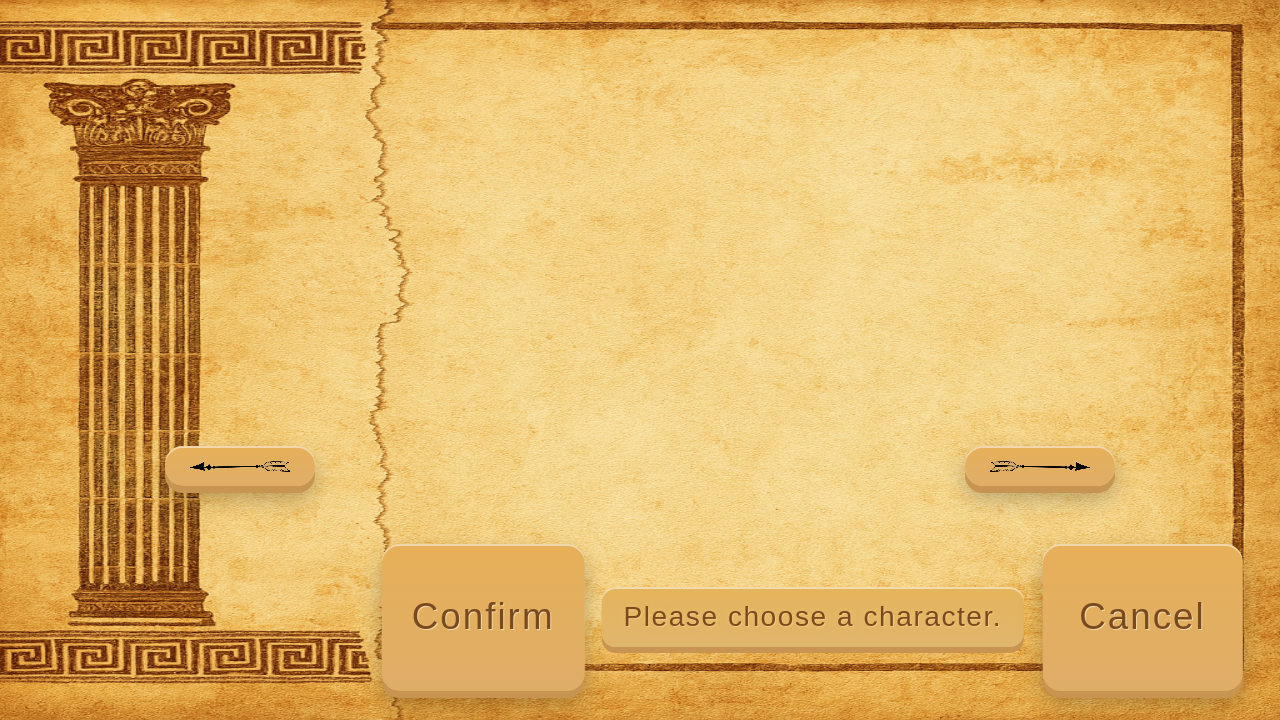
Repository: brianabariteau/Web-1-Final-Project-2025
Page: features/character-selection/character-selection.html
The author's editor kept a copy of each file at every save. The page is drawn from the files as they stood at one save, then again after the next save.
The browser window is 1280 px wide. The pictures show the whole page.
The page's requests for data from a server got no answer. Some web fonts or font styles are not loaded; a fallback is used.

Above is the page before, as saved 2025-12-21 23:58:24.

### features/character-selection/character-selection.html
<!DOCTYPE html>
<html lang="en">
  <head>
    <meta charset="UTF-8" />
    <meta name="viewport" content="width=device-width, initial-scale=1.0" />
    <title>Player Selection</title>
    <link
      rel="icon"
      type="image/x-icon"
      href="../../assets/characters/zeus.png"
    />
    <link rel="stylesheet" href="./character-selection.css" />
    <script type="module" src="./character-selection.js" defer></script>
    <script
      src="https://code.jquery.com/jquery-3.7.1.min.js"
      integrity="sha256-/JqT3SQfawRcv/BIHPThkBvs0OEvtFFmqPF/lYI/Cxo="
      crossorigin="anonymous"
    ></script>
    <link
      href="https://fonts.googleapis.com/css2?family=Jersey+25&display=swap"
      rel="stylesheet"
    />
  </head>
  <body></body>
</html>

### features/character-selection/character-selection.css
/* -- General Page Layout -- */

body {
  margin: 0;
  padding: 0;
  width: 100vw;
  height: 100vh;
  overflow: hidden;

  display: flex;
  justify-content: center;
  align-items: center;

  position: relative;
  font-family: "Press Start 2P", monospace;
}

/* Full-screen background */
.background {
  position: absolute;
  inset: 0;
  width: 100%;
  height: 100%;
  z-index: -1;
}

/* -- Character Selector Grid [avatar1/2/3] -- */

.character-row {
  /*display: flex;
  justify-content: center;
  align-items: center;
  gap: 1rem;

  position: absolute;
  top: 10%;
  width: 100%;*/
  display: flex;
  justify-content: center;
  align-items: center;
  gap: 1rem;
  width: 100%;
  position: relative; /* not absolute */
}

/* All avatar boxes */
.avatar1,
.avatar2,
.avatar3 {
  /*width: 340px;
  height: 450px;*/
  width: min(28vw, 370px); /* 28% of viewport width, max 340px */
  height: min(28vw, 440px);

  background: transparent;
  border: none;
  padding: 0;

  position: relative;
  cursor: pointer;
  transition: transform 120ms ease;
}

.avatar1:hover,
.avatar2:hover,
.avatar3:hover {
  transform: scale(1.05);
}

/* The decorative box asset */
.background-boxes {
  position: absolute;
  inset: 0;
  width: 100%;
  height: 100%;
  object-fit: fill;
  z-index: 0;
  pointer-events: none;
}

/* If later you put the character image inside an avatar */
.player-avatar {
  position: relative;
  z-index: 1;
  width: 140px;
  height: auto;
  image-rendering: pixelated;
}

/* Info inside the avatar (optional) */
.player-info {
  position: relative;
  z-index: 2;
  color: brown;
  text-shadow: 2px 2px #000;
  font-size: 14px;
  text-align: left;
  margin-left: 10px;
}

/* ───────────── SCROLL ARROWS ABOVE TEXT BOX ───────────── */

.scroll-arrows {
  width: min(200vw, 950px); /* narrower than full screen */
  margin: 0 auto;
  display: flex;
  justify-content: space-between; /* left arrow on left, right arrow on right */
  align-items: center;

  padding: 0 5vw; /* adjusts how far arrows sit from edges */
  position: relative;
  z-index: 15;
  gap: 8rem;
}

/* =========================
   ARROW BUTTON BASE
========================= */
.left-arrow,
.right-arrow {
  width: 150px;
  height: 40px;

  background: linear-gradient(to bottom, #e7b058, #dead68);
  border-radius: 18px;
  border: none;

  display: flex;
  align-items: center;
  justify-content: center;

  cursor: pointer;

  box-shadow: inset 0 2px 0 rgba(255, 255, 255, 0.5), 0 7px 0 #c89451,
    0 12px 22px rgba(0, 0, 0, 0.25);

  transition: transform 0.15s ease, box-shadow 0.15s ease, filter 0.15s ease;
}

.left-arrow:hover,
.right-arrow:hover {
  filter: brightness(1.05);

  box-shadow: inset 0 2px 0 rgba(255, 255, 255, 0.6), 0 7px 0 #c89451,
    0 0 18px rgba(255, 210, 130, 0.7), 0 0 36px rgba(255, 200, 100, 0.4);
}

.left-arrow:active,
.right-arrow:active {
  transform: translateY(5px);

  box-shadow: inset 0 2px 0 rgba(255, 255, 255, 0.4), 0 3px 0 #c89451;
}

.arrowImg {
  width: 100px;
  height: auto;
  image-rendering: pixelated;
  pointer-events: none;
}

.switch-characters {
  display: flex;
  flex-direction: column;
  align-items: center;
  gap: 1rem; /* space between avatars and arrows */

  width: min(90vw, 1200px);
  position: absolute;
  top: 10%;
  width: 100%;
}

/* Every stat becomes a tooltip target */
.stat {
  position: relative;
  cursor: help;
}

/* Tooltip bubble */
.stat:hover::after {
  content: attr(data-info);
  position: absolute;
  left: 50%;
  bottom: 120%;
  transform: translateX(-50%);

  width: max-content;
  max-width: 220px;

  background: rgba(0, 0, 0, 0.9);
  color: white;
  padding: 8px 10px;
  border-radius: 6px;
  font-size: 10px;
  line-height: 1.2;
  text-shadow: none;

  pointer-events: none;
  z-index: 999;
}

/* Tooltip arrow */
.stat:hover::before {
  content: "";
  position: absolute;
  left: 50%;
  bottom: 110%;
  transform: translateX(-50%);

  border-width: 6px;
  border-style: solid;
  border-color: rgba(0, 0, 0, 0.9) transparent transparent transparent;

  z-index: 998;
}

/* ───────────── TEXT BOX (your .box image) ───────────── */

.bottom-panel {
  position: absolute;
  /*bottom: -3%;  how far from bottom of screen */
  bottom: 4%;
  left: 60%;
  /*transform: translateX(-30%);  center horizontally */
  transform: translateX(-45%);

  width: min(70vw, 900px);
  /*width: 40%;  adjust width as needed */
  /*max-width: 900px; */

  display: grid;
  grid-template-columns: 1fr auto 1fr; /* left | center | right */
  align-items: center;
  justify-items: center;
  margin: 0;

  z-index: 10;
}

.box {
  font-size: clamp(1.4rem, 2.2vw, 2rem);
  color: #7a4a1f;
  letter-spacing: 1.5px;

  text-shadow: 1px 1px 0 #f4c87d, 0 0 8px rgba(255, 210, 130, 0.35);

  background: linear-gradient(to bottom, #e5b55b, #e0b56d);
  padding: 14px 22px;
  border-radius: 14px;

  box-shadow: inset 0 2px 0 rgba(255, 255, 255, 0.5), 0 6px 0 #c89451;

  pointer-events: none;
}

/* ───────────── CONFIRM + CANCEL BUTTONS ───────────── */

.button-left,
.button-right {
  display: flex;
  justify-content: center;
  align-items: center;
}

.buttons {
  display: flex;
  gap: 0rem; /* spacing between confirm/cancel */
  position: relative; /* NOT absolute */
  z-index: 10;
}

.confirm,
.cancel {
  min-width: 200px;
  padding: 16px 30px;

  background: linear-gradient(to bottom, #e7b058, #dead68);
  border: none;
  border-radius: 18px;

  cursor: pointer;

  box-shadow: inset 0 2px 0 rgba(255, 255, 255, 0.5), 0 7px 0 #c89451,
    0 12px 22px rgba(0, 0, 0, 0.25);

  transition: transform 0.15s ease, box-shadow 0.15s ease, filter 0.15s ease;
}

.confirm p,
.cancel p {
  font-size: 2.3rem;
  letter-spacing: 2px;
  color: #7a4a1f;

  text-shadow: 1px 1px 0 #f3d8a8;
}

.confirm:hover,
.cancel:hover {
  filter: brightness(1.05);

  box-shadow: inset 0 2px 0 rgba(255, 255, 255, 0.6), 0 7px 0 #c89451,
    0 0 18px rgba(255, 210, 130, 0.7), 0 0 36px rgba(255, 200, 100, 0.4);
}

.confirm:active,
.cancel:active {
  transform: translateY(5px);

  box-shadow: inset 0 2px 0 rgba(255, 255, 255, 0.4), 0 3px 0 #c89451;
}

/* Position them near bottom-right like your drawing */
.cancel {
  right: 10%;
}

/* ───────────── CHARACTERS ───────────── */
.character {
  position: relative;
  z-index: 10; /* ensures text appears above the background box */
  color: rgb(133, 74, 18);
  justify-items: center;
  text-align: center;
  display: flex;
  object-fit: contain;
  /*padding: 12px 20px;*/
  padding-top: 50px;
  width: 100%;
  height: 100%;
  font-family: "Press Start 2P", monospace; /* matches your game font */
  text-shadow: 2px 2px 0px #ffffff; /* retro look */
}

.inner-character {
  width: 100%; /* smaller than full box so borders show */
  height: 70%; /* keep some space top/bottom */
  padding: 0.4rem; /* small internal padding */
  box-sizing: border-box;

  display: flex;
  flex-direction: column;
  align-items: center;
  justify-content: flex-start;
  gap: 0.1rem; /* tiny gaps between lines */

  overflow-y: auto; /* <-- important: scroll if too tall */
  scrollbar-width: none;
  -ms-overflow-style: none;
}
.character-inner::-webkit-scrollbar {
  display: none;
}

.character-inner h3 {
  margin: 0 0 4px 0;
  font-size: clamp(12px, 1.3vw, 16px);
}

.character-inner p {
  margin: 1px 0;
  font-size: clamp(10px, 1.1vw, 13px);
  line-height: 1.1;
}

/* Smaller sprite so it doesn't eat all vertical space */
.character-inner .character-img {
  width: 90px;
  height: auto;
  margin-bottom: 6px;
}

.character h3 {
  margin: 0 0 10px 0;
  /*font-size: 18px;*/
  font-size: clamp(14px, 1.6vw, 18px);
  letter-spacing: 1px;
}

.character p,
.powers-list {
  font-size: clamp(12px, 1.3vw, 14px);
}

.character p {
  margin: 3px 0;
  /*font-size: 14px;*/
  line-height: 1.2;
}

.powers-list {
  margin: 4px 0 0 16px;
  padding: 0;
  list-style-type: none;
  /*font-size: 14px;*/
}

.character-img {
  display: block;
  margin: 0 auto 10px auto; /* center horizontally + space underneath */
  width: 120px; /* adjust size */
  height: auto;
  image-rendering: pixelated;
  z-index: 5;
  pointer-events: none;
  background: transparent;
}

@media (max-width: 900px) {
  .character-row {
    flex-direction: column;
    top: 4%;
    gap: 0.5rem;
  }

  .avatar1,
  .avatar2,
  .avatar3 {
    width: 80vw;
  }
}

@media (max-width: 900px) {
  .bottom-panel {
    bottom: 2%;
    width: 90vw;
    grid-template-columns: auto;
    row-gap: 0.5rem;
  }

  .buttonImg {
    width: 120px;
  }
}

@media (max-width: 600px) {
  .arrowImg {
    width: 80px;
  }

  .scroll-arrows {
    gap: 1.5rem;
    bottom: 30%;
  }
}

@media (max-width: 600px) {
  .confirm,
  .cancel {
    min-width: 160px;
    padding: 14px 22px;
  }

  .confirm p,
  .cancel p {
    font-size: 1.4rem;
  }

  .box {
    font-size: 1.3rem;
  }
}

@media (max-width: 600px) {
  .left-arrow,
  .right-arrow {
    width: 70px;
    height: 70px;
  }

  .arrowImg {
    width: 32px;
  }
}

/* UI elements use same font as Start / Mode pages */
.confirm,
.cancel,
.box {
  font-family: "Jersey 25", sans-serif;
}

### features/character-selection/character-selection.js
"use strict";

import { fetchCharacters } from "../../services/character-api.js";
import { sortCharacters } from "../../utils/character-sorters.js";
let singlePlayer = localStorage.getItem("single player");
let multiPlayer = localStorage.getItem("multiplayer");

let characters = [];
let currentIndex = 0;

// * Player selection stuff
let selectedPlayer = null;

// * The Background Image
const background = $("<img>")
  .addClass("background")
  .attr("src", "./assets/parchment-background.png")
  .attr("alt", "Background");

// * Characters
function renderCharacters(character) {
  let powersList = "";

  if (Array.isArray(character.powers) && character.powers.length > 0) {
    for (const power of character.powers) {
      powersList += `<li>${power}</li>`;
    }
  } else {
    powersList = `<li>No Powers</li>`;
  }

  return `
    <div class="character">
      <div class="inner-character">
        <img class="character-img" src="${character.imgSrc}" alt="${character.name}"/>
        <h3 class="stat" data-info="${character.tier} - ${character.tierName}">${character.name}</h3>
        <p>HP: ${character.stats.hp}</p>
        <p>Attack: ${character.stats.attack}</p>
        <p>Defense: ${character.stats.defense}</p>
        <p>Speed: ${character.stats.speed}</p>
        <p>Power: ${character.stats.power}</p>
        <p>Resilience: ${character.stats.resilience}</p>
        <p>Stamina: ${character.stats.stamina}</p>
        <p class="stat" data-info="${character.stats.masteryDesc}">Domain Mastery: ${character.stats.domainMastery}</p>
        <p class="stat" data-info="${character.stats.traitDesc}">Special Trait: ${character.stats.specialTrait}</p>
      </div>
    </div>
  `;
}

// * All Characters
const characterRow = $("<div>").addClass("character-row");

// * Arrows + Avatars Div
const switchCharacters = $("<div>").addClass("switch-characters");

// * Avatar 1
const avatar1 = $("<button>").addClass("avatar1");
const avatar1BackgroundBox = $("<img>")
  .addClass("background-boxes")
  .attr("src", "./assets/parchment-box.png")
  .attr("alt", "Background Boxes");

$(avatar1).on("click", () => {
  const first = characters[currentIndex];
  selectCharacter(avatar1, first);
});

// * Avatar 2
const avatar2 = $("<button>").addClass("avatar2");
const avatar2BackgroundBox = $("<img>")
  .addClass("background-boxes")
  .attr("src", "./assets/parchment-box.png")
  .attr("alt", "Background Boxes");

$(avatar2).on("click", () => {
  const second = characters[(currentIndex + 1) % characters.length];
  selectCharacter(avatar2, second);
});

// * Avatar 3
const avatar3 = $("<button>").addClass("avatar3");
const avatar3BackgroundBox = $("<img>")
  .addClass("background-boxes")
  .attr("src", "./assets/parchment-box.png")
  .attr("alt", "Background Boxes");

$(avatar3).on("click", () => {
  const third = characters[(currentIndex + 2) % characters.length];
  selectCharacter(avatar3, third);
});

$(characterRow).append(avatar1, avatar2, avatar3);

function updateAvatarsDisplay() {
  if (!Array.isArray(characters) || characters.length === 0) return;

  const second = characters[(currentIndex + 1) % characters.length];
  const first = characters[currentIndex];
  const third = characters[(currentIndex + 2) % characters.length];

  $(avatar1).html(renderCharacters(first));
  $(avatar2).html(renderCharacters(second));
  $(avatar3).html(renderCharacters(third));

  $(avatar1).append(avatar1BackgroundBox.clone());
  $(avatar2).append(avatar2BackgroundBox.clone());
  $(avatar3).append(avatar3BackgroundBox.clone());
}

async function loadCharacters() {
  characters = await fetchCharacters();
  characters = sortCharacters(characters);
  currentIndex = 0;
  updateAvatarsDisplay();
}

function selectCharacter(avatarElement, character) {
  $(".avatar1, .avatar2, .avatar3").removeClass("selected");
  $(avatarElement).addClass("selected");
  selectedPlayer = character;
}

// * Text Box + Buttons
const bottomPanel = $("<div>").addClass("bottom-panel");

/*
// * Text Box Image
const textBox = $("<img>")
  .addClass("box")
  .attr("src", "./assets/choose-character-text.png")
  .attr("alt", "Text Box"); */
const textBox = $("<p>").addClass("box").text("Please choose a character.");

// * Buttons
const leftButton = $("<div>").addClass("left-button");
const rightButton = $("<div>").addClass("right-button");

// * Confirm Button
const confirmButton = $("<button>").addClass("confirm");
const confirmText = $("<p>").text("Confirm");
/*const confirmImg = $("<img>")
  .addClass("buttonImg")
  .attr("src", "./assets/parchment-confirm-button.png")
  .attr("alt", "Confirm Button Image");  */

$(confirmButton).append(confirmText);
$(confirmButton).on("click", () => {
  if (!selectedPlayer) {
    alert("Please select a character first!");
    return;
  }

  localStorage.setItem("selectedCharacter", JSON.stringify(selectedPlayer));

  window.location.href = "../main-menu/main-menu.html";
});

// * Cancel Button
const cancelButton = $("<button>").addClass("cancel");
const cancelText = $("<p>").text("Cancel");
/*const cancelImg = $("<img>")
  .addClass("buttonImg")
  .attr("src", "./assets/parchment-cancel-button.png")
  .attr("alt", "Cancel Button Image"); */

$(cancelButton).append(cancelText);
$(cancelButton).on("click", () => {
  if (selectedPlayer === null) {
    window.location.href = "../main-menu/index.html";
  }

  selectedPlayer = null;
  $(avatar1).css("box-shadow", "none");
  $(avatar2).css("box-shadow", "none");
  $(avatar3).css("box-shadow", "none");
});

leftButton.append(confirmButton);
$(rightButton).append(cancelButton);
$(bottomPanel).append(confirmButton, textBox, cancelButton);

// * Scroll Arrows
const scrollArrows = $("<div>").addClass("scroll-arrows");

// * Left Arrow
const leftArrow = $("<button>").addClass("left-arrow");
const leftArrowImg = $("<img>")
  .addClass("arrowImg")
  .attr("src", "./assets/left-arrow.png")
  .attr("alt", "Left Arrow");

$(leftArrow).on("click", () => {
  currentIndex = (currentIndex - 1 + characters.length) % characters.length;
  selectedPlayer = null;
  $(avatar1).css("box-shadow", "none");
  $(avatar2).css("box-shadow", "none");
  $(avatar3).css("box-shadow", "none");
  updateAvatarsDisplay();
});
$(leftArrow).append(leftArrowImg);

// * Right Arrow
const rightArrow = $("<button>").addClass("right-arrow");
const rightArrowImg = $("<img>")
  .addClass("arrowImg")
  .attr("src", "./assets/right-arrow.png")
  .attr("alt", "Right Arrow");

$(rightArrow).on("click", () => {
  currentIndex = (currentIndex + 1) % characters.length;
  selectedPlayer = null;
  $(avatar1).css("box-shadow", "none");
  $(avatar2).css("box-shadow", "none");
  $(avatar3).css("box-shadow", "none");
  updateAvatarsDisplay();
});
$(rightArrow).append(rightArrowImg);

$(scrollArrows).append(leftArrow, rightArrow);
$(switchCharacters).append(characterRow, scrollArrows);

$("body").append(background, switchCharacters, bottomPanel);

loadCharacters();

### utils/character-sorters.js
"use strict";
export function sortCharacters(characters) {
  return characters.sort((characterA, characterB) => {
    const scoreA =
      characterA.stats.attack * 2 +
      characterA.stats.power * 2 +
      characterA.stats.defense +
      characterA.stats.hp +
      characterA.stats.speed;

    const scoreB =
      characterB.stats.attack * 2 +
      characterB.stats.power * 2 +
      characterB.stats.defense +
      characterB.stats.hp +
      characterB.stats.speed;

    return scoreB - scoreA;
  });
}

Loaded but not shown: services/character-api.js (396 lines, source omitted)

After the next save:
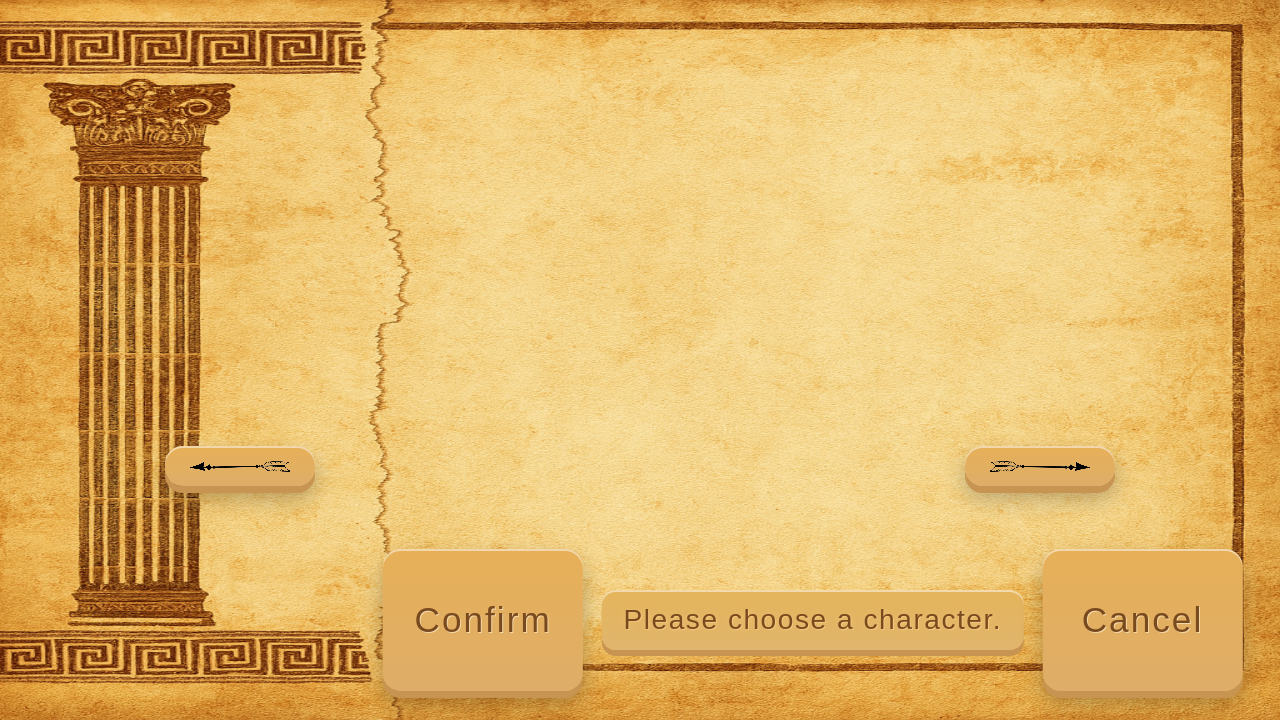
Saved 5 s later.
--- a/features/character-selection/character-selection.css
+++ b/features/character-selection/character-selection.css
@@ -289,7 +289,7 @@ body {
 
 .confirm p,
 .cancel p {
-  font-size: 2.3rem;
+  font-size: 2.2rem;
   letter-spacing: 2px;
   color: #7a4a1f;
 
